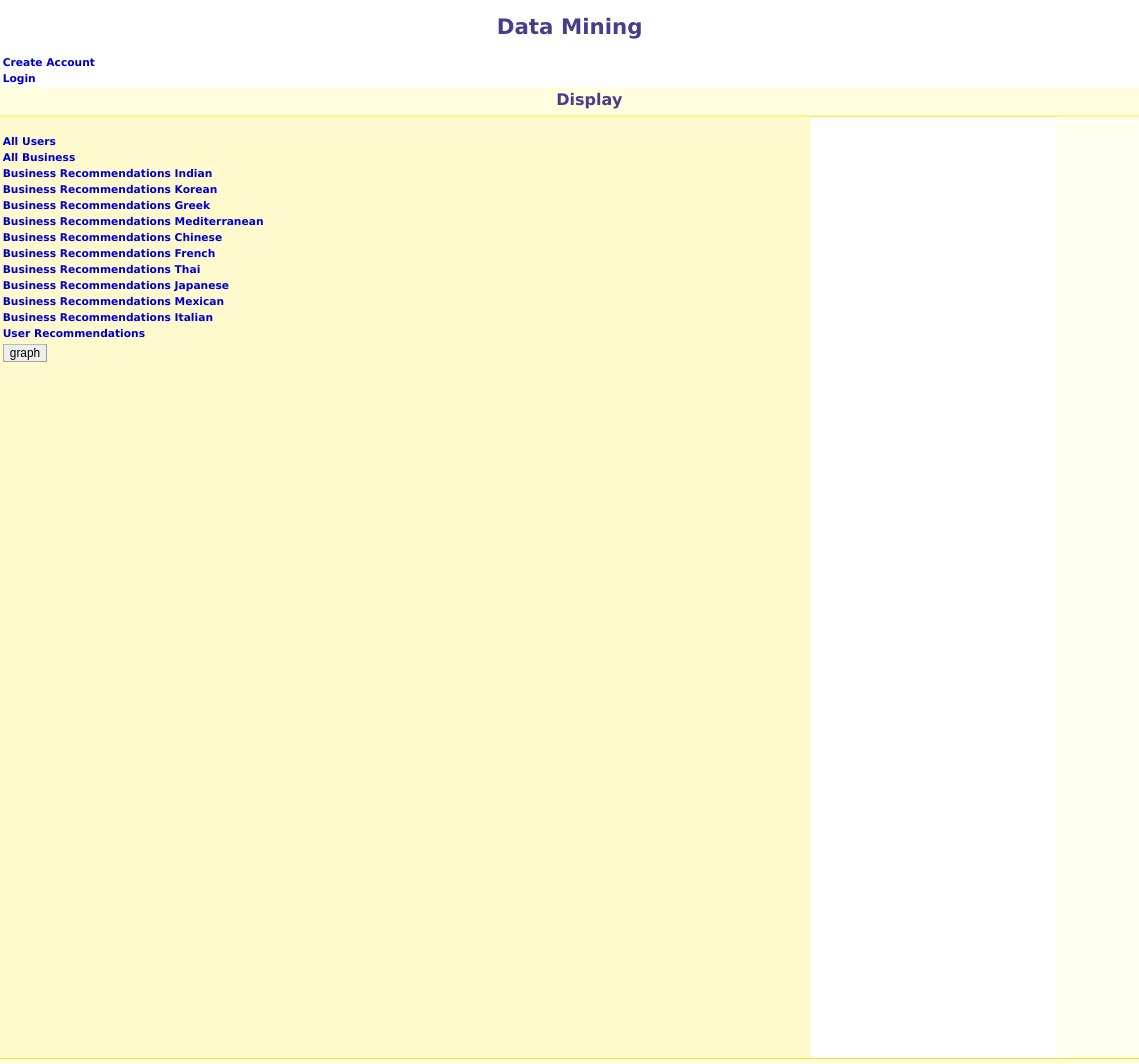
Repository: sowmyaganesan/DataMining
Page: http://localhost/Yelp/main.jsp
An editor plug-in stored every save of this project. The page is shown before and after the next save, followed by the edit.
The browser window is 1280 px wide. The pictures show the whole page, at 89% of full size.
The page is served by Tomcat 9. The template is opened directly, without the code that normally fills it, so the values that code supplies are empty.

Above is the page before, as saved 2013-04-27 00:45:57.

After the next save:
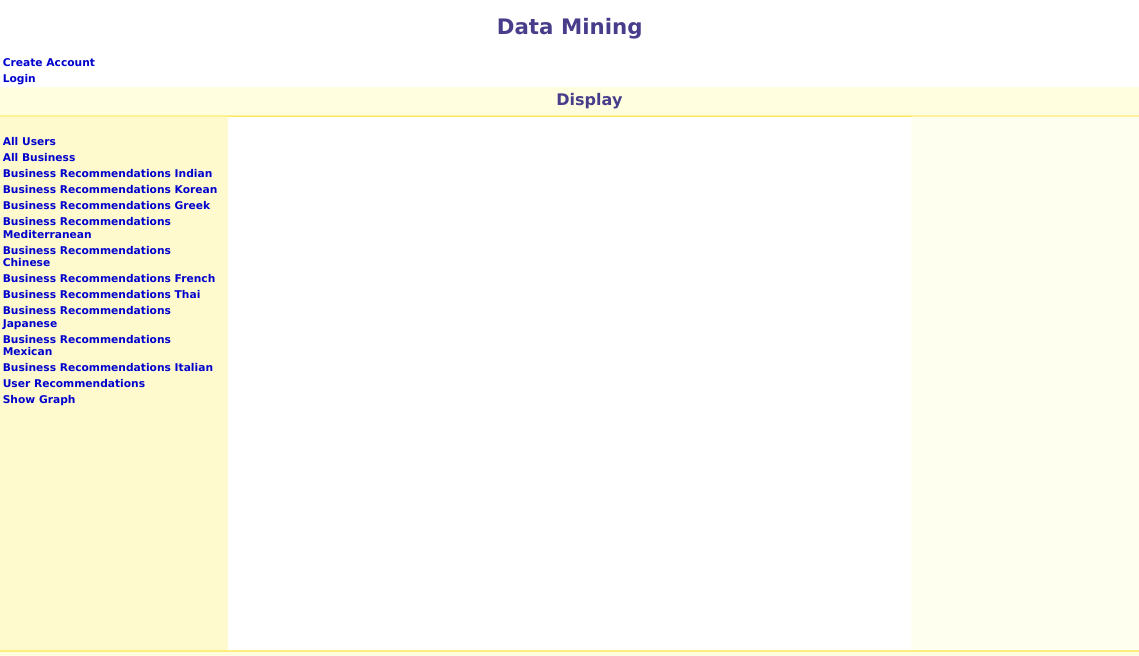
Saved 36 s later.
--- a/final project/Yelp/WebContent/main.jsp
+++ b/final project/Yelp/WebContent/main.jsp
@@ -18,32 +18,7 @@
 
     <title>Data Mining</title>
 
-    <script type="text/javascript">
-      function drawVisualization()
-      {
-    	  alert("ddd");
-        // Create and populate the data table.
-        var data = google.visualization.arrayToDataTable([
-          ['Task', 'Hours per Day'],
-          ['Indian', 66],
-          ['Korean', 48],
-          ['Greek', 44],
-          ['Mediterranean', 73],
- ['Chinese', 119],
- ['French', 25],
- ['Thai', 67],
- ['Japanese', 81],
- ['Mexican', 136],
- ['Italian', 115]
-        ]);
-
-        alert(data);
-        // Create and draw the visualization.
-        new google.visualization.PieChart(document.getElementById('visualization')).
-            draw(data, {title:"Popularity of cuisine type based on demographics"});
-      }
-
-    </script>
+
 
 
 </head>
@@ -137,12 +112,7 @@
    				<td colspan="2" style="font-weight:bold;"><a href="/Yelp/CompareUsersServlet">User Recommendations</a></td>
    			</tr>
    			<tr>
-   				<td colspan="2" style="font-weight:bold;"><a >
-
-   				<div id="visualization" style="width: 900px; height: 800px;"><input type="button" value="graph" onclick="drawVisualization()"></div>
-   				</a>
-
-   				</td>
+   				<td colspan="2" style="font-weight:bold;"><a href="graph.html">Show Graph</a></td>
    			</tr>
    			</div>
    			</div>
